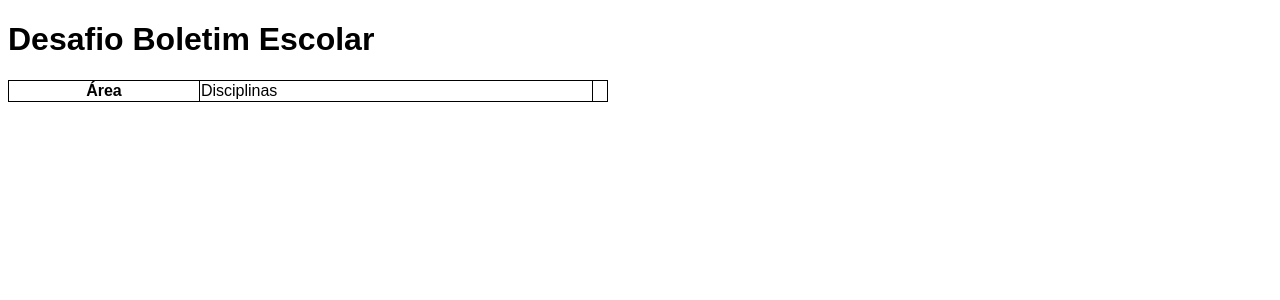
Repository: railsondev/html-css
Page: Módulo3/Desafio/D05 - Tabela Boletim escolar/boletim.html
An editor plug-in stored every save of this project. The page is shown before and after a run of saves, followed by the edit.
The browser window is 1280 px wide. The pictures show the whole page.

Above is the page before, as saved 2024-10-22 12:14:47.

After the next 2 saves:
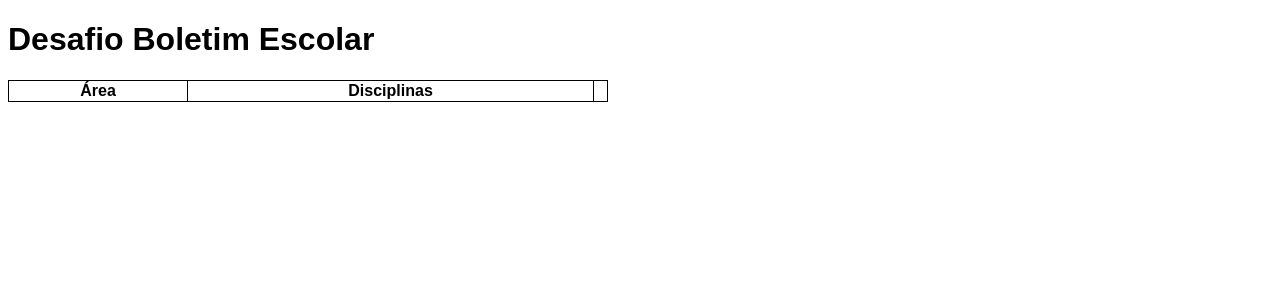
The 2 saves are shown as one change because they came seconds apart.
The last was saved 11 s later.
--- a/Módulo3/Desafio/D05 - Tabela Boletim escolar/boletim.html
+++ b/Módulo3/Desafio/D05 - Tabela Boletim escolar/boletim.html
@@ -12,8 +12,8 @@
     <thead>
       <tr>
         <th>Área</th>
-        <td>Disciplinas</td>
-        <td></td>
+        <th>Disciplinas</tg>
+        <th></td>
       </tr>
     </thead>
     <tbody>
